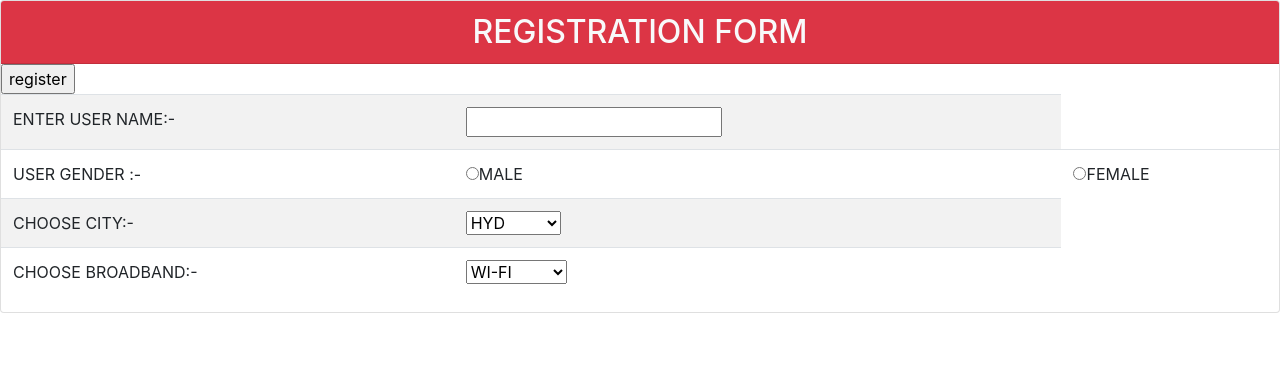
Repository: REDDI-BHARGAV/project
Page: PROJECT/src/main/webapp/src/main/webapp/WEB-INF/form.html
An editor plug-in stored every save of this project. The page is shown before and after the next save, followed by the edit.
The browser window is 1280 px wide. The pictures show the whole page.

Above is the page before, as saved 2022-07-26 07:12:51.

### PROJECT/src/main/webapp/src/main/webapp/WEB-INF/form.html
<!DOCTYPE html>
<html>
<head>
<meta charset="ISO-8859-1">
<title>Insert title here</title>
<link rel="stylesheet"
	href="https://cdn.jsdelivr.net/npm/bootstrap@4.0.0/dist/css/bootstrap.min.css"
	integrity="sha384-Gn5384xqQ1aoWXA+058RXPxPg6fy4IWvTNh0E263XmFcJlSAwiGgFAW/dAiS6JXm"
	crossorigin="anonymous">
</head>
<body class = "cotainer-fluid">
	<div class ="card">
	<form action="register" method="post">
		<table class="table table-hover table-striped">
		<h2 class="card-header text-center bg-danger text-light">REGISTRATION FORM</h2>
			<tr>
				<td>ENTER USER NAME:-</td>
				<td><input type="text" name=" name "></td>
			</tr>
			<tr>
				<td>USER GENDER :-</td>
				<td><input type="radio" name=" GENDER " value="MALE">MALE</td>
				<td><input type="radio" name=" GENDER" value="FEMALE">FEMALE</td>
			</tr>
			<tr>
				<td>CHOOSE CITY:-</td>
				<td><select name="location">
						<option value="hyd ">HYD</option>
						<option value="chn ">CHENNAI</option>
						<option value="pune ">PUNE</option>
						<option value="mbm ">MUMBAI</option>
				</select></td>
			</tr>
			<tr>
				<td>CHOOSE BROADBAND:-</td>
				<td><select name="broadband">
						<option value="wifi ">WI-FI</option>
						<option value="chn ">INTERNET</option>
						<option value="pune ">HOTSPOT</option>
				</select></td>
			</tr>

			<input type="submit" value="register">





		</table>

	</form>

	</div>

</body>
</html>

After the next save:
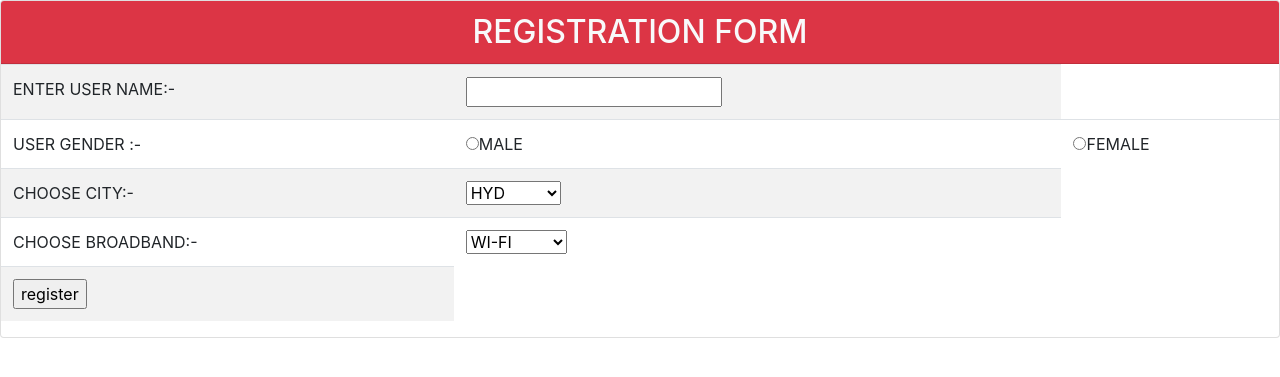
Saved 52 s later.
--- a/PROJECT/src/main/webapp/src/main/webapp/WEB-INF/form.html
+++ b/PROJECT/src/main/webapp/src/main/webapp/WEB-INF/form.html
@@ -40,7 +40,10 @@
 				</select></td>
 			</tr>
 
+			<tr>
+			<td>
 			<input type="submit" value="register">
+			</td></tr>
 
 
 
